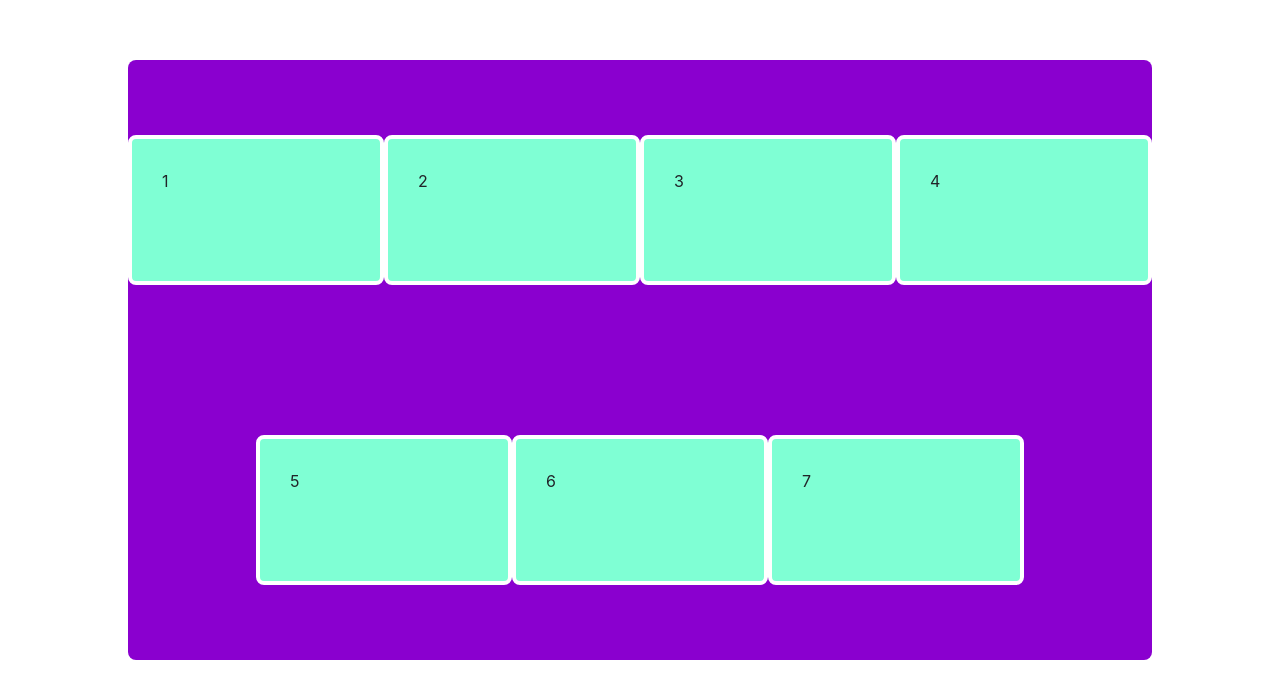
Repository: alessandradiamantino/Curso-Front-End-Design
Page: 1 - Introdução ao HTML e CSS/3 - Layouts, Grids e Flexbox/Bootstrap Grid system/index.html
An editor plug-in stored every save of this project. The page is shown before and after a run of saves, followed by the edit.
The browser window is 1280 px wide. The pictures show the whole page.

Above is the page before, as saved 2023-04-24 10:50:15.

### 1 - Introdução ao HTML e CSS/3 - Layouts, Grids e Flexbox/Bootstrap Grid system/index.html
<!DOCTYPE html>
<html lang="en">
<head>
  <meta charset="UTF-8">
  <meta http-equiv="X-UA-Compatible" content="IE=edge">
  <meta name="viewport" content="width=device-width, initial-scale=1.0">
  <link rel="stylesheet" href="css/bootstrap.min.css">
  <link rel="stylesheet" href="css/style.css">
  <title>Document</title>
</head>

<body>
 <!--
  <div class="my-box container justify-content-center"> <!-- container responsivo
  <div class="row">
    <div class="col-sm- col-lg-3 div-1">DIV 1</div>
    <div class="col-sm- col-lg-2 div-2">DIV 2</div>
    <div class="col-sm- col-lg-2 div-3">DIV 3</div>
  </div>
   </div>
-->
   <div class="my-container">
    <div class="my-item">
      1
    </div>
    <div class="my-item">
      2
    </div>
    <div class="my-item">
      3
    </div>
    <div class="my-item">
      4
    </div>
    <div class="my-item">
      5
    </div>
    <div class="my-item">
      6
    </div>
    <div class="my-item">
      7
    </div>
   </div>
</body>
</html>

### 1 - Introdução ao HTML e CSS/3 - Layouts, Grids e Flexbox/Bootstrap Grid system/css/style.css
body {
  margin: 0;
  padding: 0;
}

.my-box{
  height: 100px;
}

.my-container{
  display: flex;
  width: 80%;
  height: 600px;
  margin: 60px auto;
  background-color: #8a00cf;
  border-radius: 8px;
  /*flex-direction: row;
  flex-wrap: wrap;*/
  flex-flow: row wrap;
  justify-content: center;
  align-items: center;
}

.my-item {
  height: 150px;
  padding: 30px;
  background-color: aquamarine;
  border-radius: 8px;
  border: 4px solid white;
  flex-basis: 25%;
}

.my-box div {
  background-color: blueviolet;
  height: 80px;
  margin-top: 10px;
}

.my-box .div-1 {
  background-color: aquamarine;
}

.my-box .div-2 {
  background-color: bisque;
}

.my-box .div-3 {
  background-color: cornflowerblue;
}

Loaded but not shown: 1 - Introdução ao HTML e CSS/3 - Layouts, Grids e Flexbox/Bootstrap Grid system/css/bootstrap.min.css (library)

After the next 3 saves:
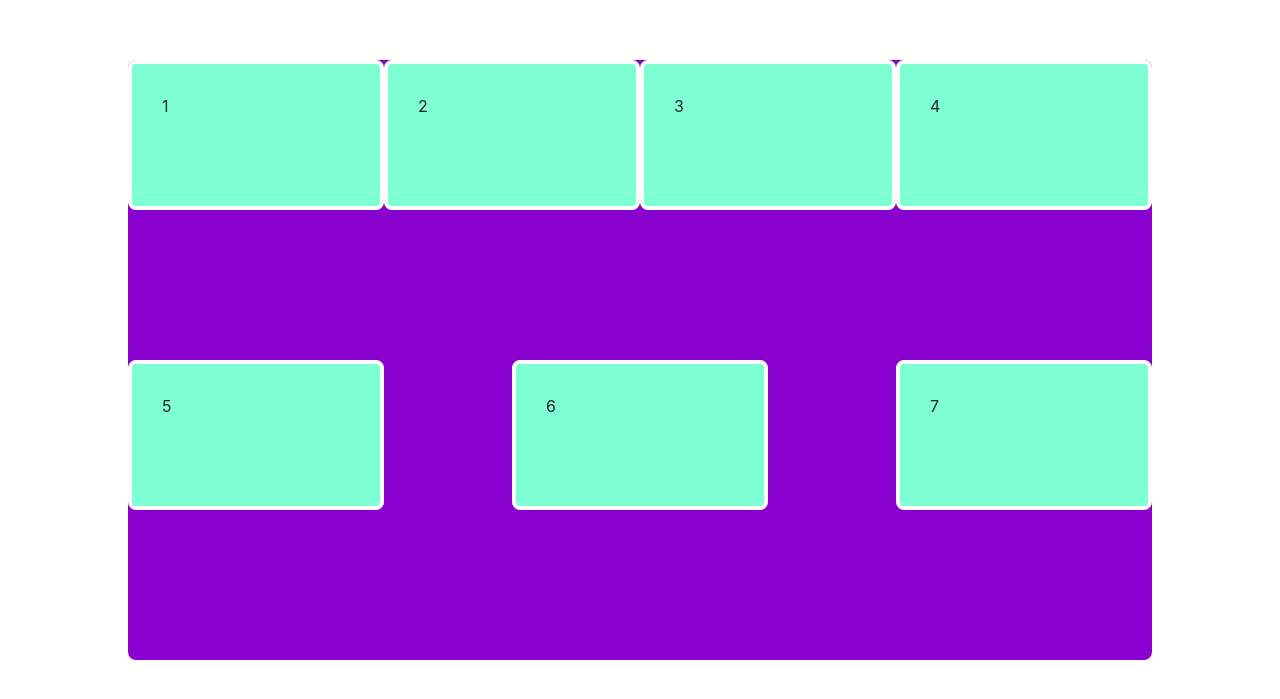
The 3 saves are shown as one change because they came seconds apart.
The last was saved 38 s later.
--- a/1 - Introdução ao HTML e CSS/3 - Layouts, Grids e Flexbox/Bootstrap Grid system/css/style.css
+++ b/1 - Introdução ao HTML e CSS/3 - Layouts, Grids e Flexbox/Bootstrap Grid system/css/style.css
@@ -17,8 +17,7 @@ body {
   /*flex-direction: row;
   flex-wrap: wrap;*/
   flex-flow: row wrap;
-  justify-content: center;
-  align-items: center;
+  justify-content: space-between;
 }
 
 .my-item {
